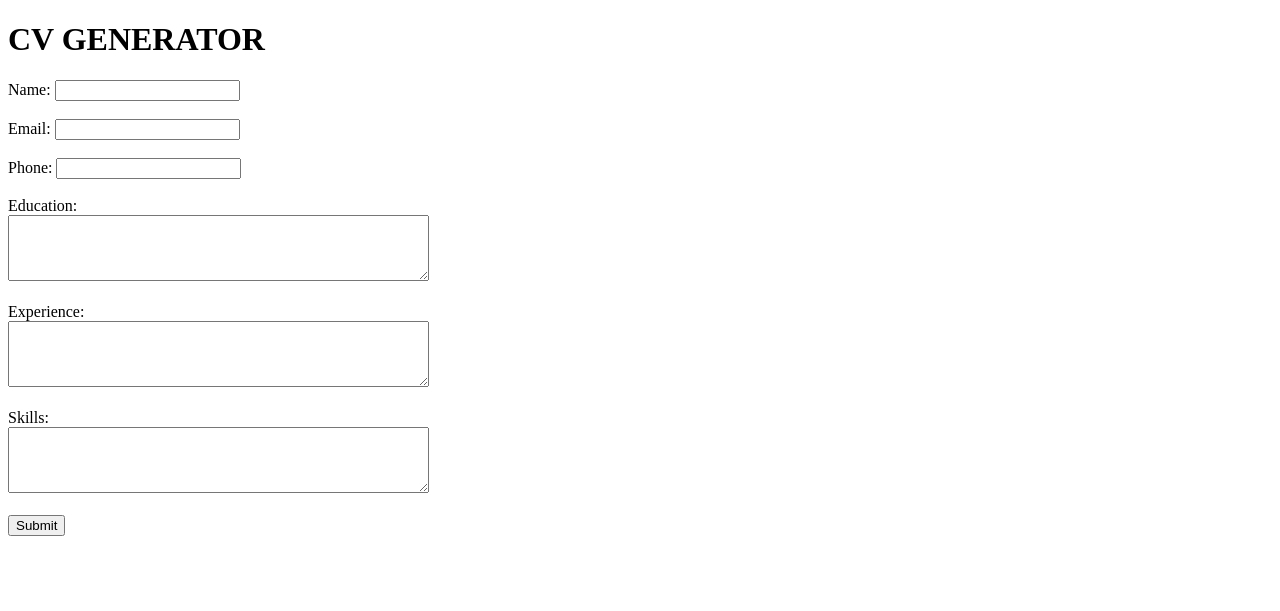
Repository: Arisha004/CV-generator
Page: index.html
The author's editor kept a copy of each file at every save. The page is drawn from the files as they stood at one save, then again after a run of saves.
The browser window is 1280 px wide. The pictures show the whole page.

Above is the page before, as saved 2025-10-14 00:25:58.

### index.html
<!DOCTYPE html>
<html lang="en">
<head>
    <meta charset="UTF-8">
    <meta name="viewport" content="width=device-width, initial-scale=1.0">
    <title>Document</title>
</head>
<body>
    <h1> CV GENERATOR </h1>
    <form action="insert.php" method="post">
        <label for="name">Name:</label>
        <input type="text" id="name" name="name" required><br><br>

        <label for="email">Email:</label>
        <input type="email" id="email" name="email" required><br><br>

        <label for="phone">Phone:</label>
        <input type="tel" id="phone" name="phone" required><br><br>

        <label for="education">Education:</label><br>
        <textarea id="education" name="education" rows="4" cols="50" required></textarea><br><br>

        <label for="experience">Experience:</label><br>
        <textarea id="experience" name="experience" rows="4" cols="50" required></textarea><br><br>

        <label for="skills">Skills:</label><br>
        <textarea id="skills" name="skills" rows="4" cols="50" required></textarea><br><br>

        <button type="submit" value="Generate CV"> Submit </button>
    </form>
    <div
</body>
</html>

After the next 6 saves:
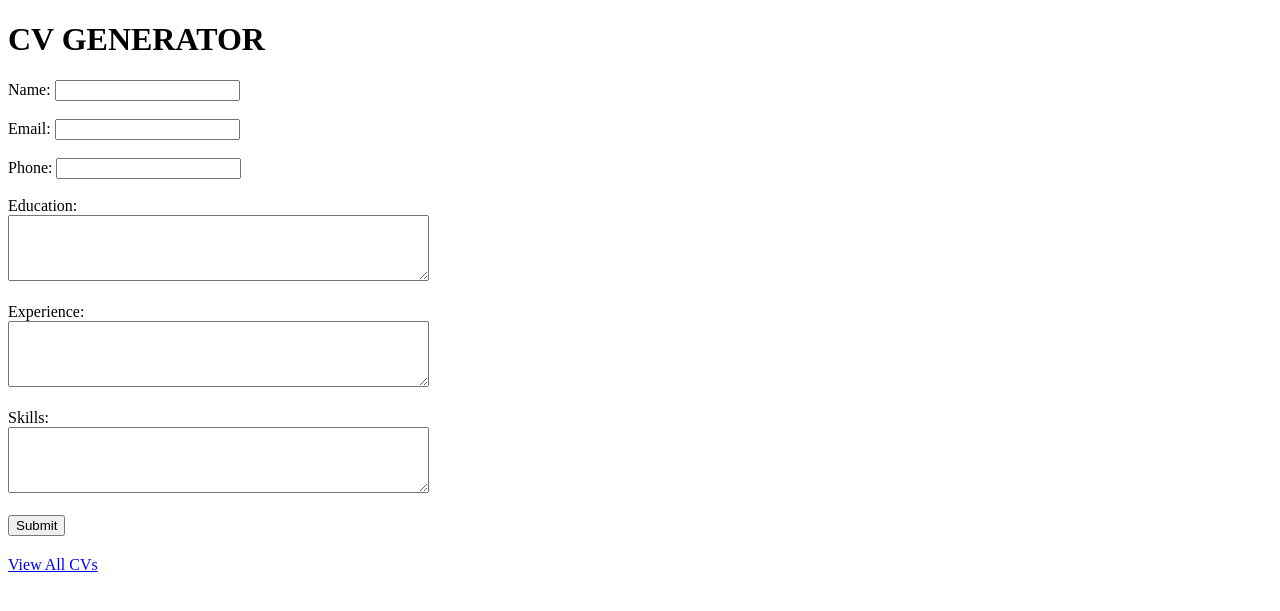
The 6 saves are shown as one change because they came seconds apart.
The last was saved 14 s later.
--- a/index.html
+++ b/index.html
@@ -28,6 +28,8 @@
 
         <button type="submit" value="Generate CV"> Submit </button>
     </form>
-    <div
+    <div style="margin-top: 20px;">
+        <a href="view.php">View All CVs</a>
+    </div>
 </body>
 </html>
